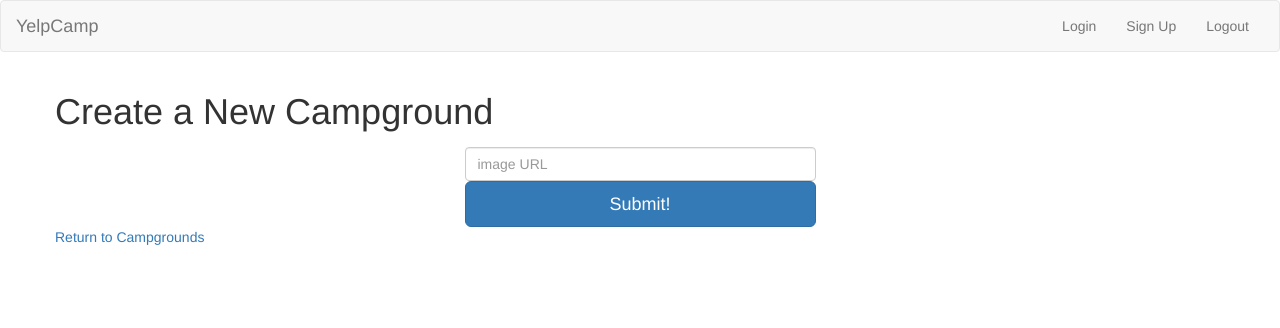
Repository: pdurkin/Web-Dev-Class
Page: http://localhost/campgrounds/new
The author's editor kept a record of every edit. The page is drawn from the files as they stood at one moment, then again after the next edit.
The browser window is 1280 px wide. The pictures show the whole page.
The page is served by the project's Node server (YelpCamp/v1/app.js).

Above is the page before.

After the next edit:
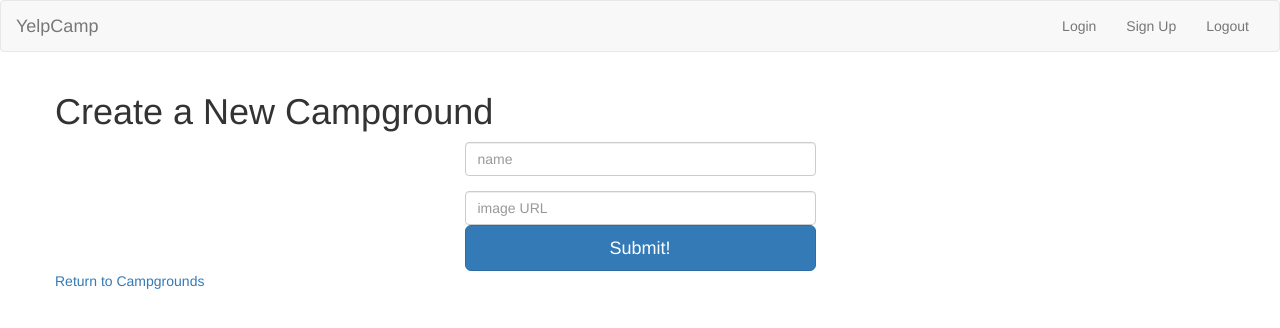
The edit:
--- a/Back End Lessons/YelpCamp/v1/views/new.ejs
+++ b/Back End Lessons/YelpCamp/v1/views/new.ejs
@@ -5,7 +5,9 @@
         <h1 style="">Create a New Campground</h1>
         <div style="width: 30%; margin: 0 auto;">
             <form action="/campgrounds" method="POST">
-                <div class="form-group"></div>
+                <div class="form-group">
+                    <input class="form-control" type="text" name="name" placeholder="name">
+                </div>
                 <div class="form-group"></div>
                 <div class="form-group"></div>
                 <input class="form-control" type="text" name="image" placeholder="image URL">
